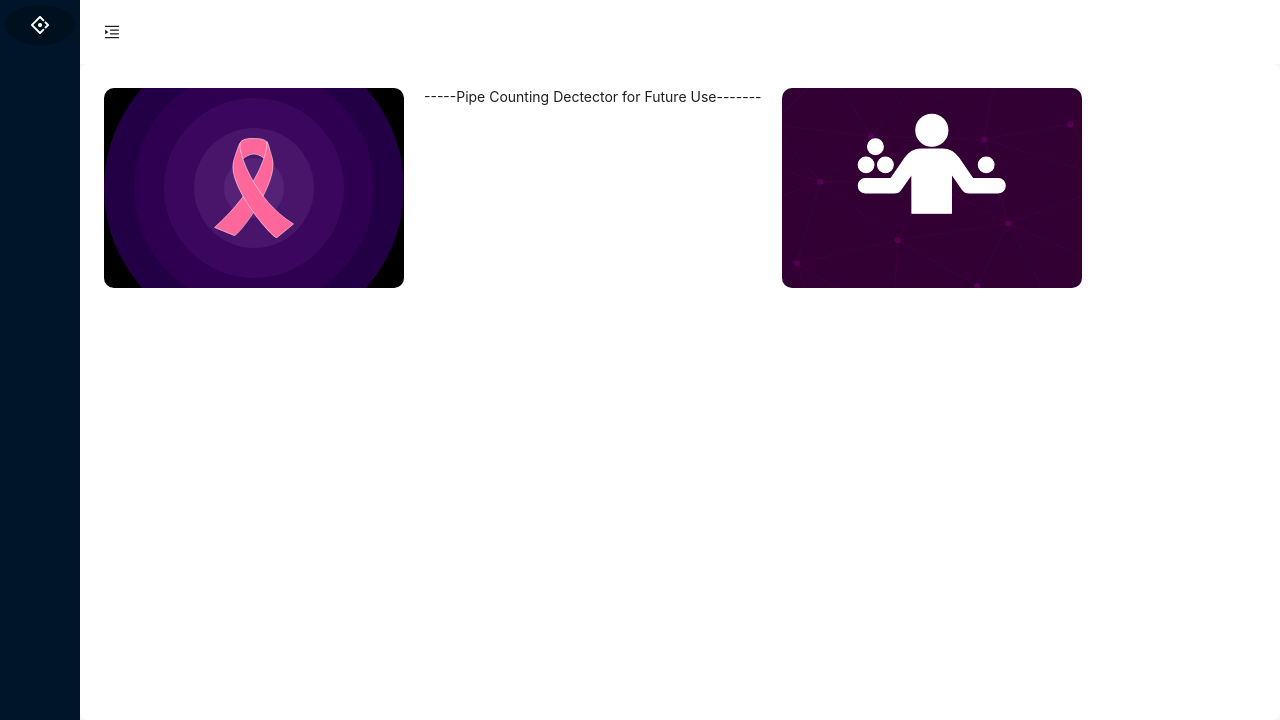
Repository: xshamrose/RAYi-AI
Page: / (app in client/)
An editor plug-in stored every save of this project. The page is shown before and after the next save, followed by the edit.
The browser window is 1280 px wide. The pictures show the whole page.
The project was rebuilt for these pictures with package versions that can differ from the ones it lists, and the page was loaded fresh each time. Also part of the build but not shown: client/src/App.css, client/src/pages/Candetect.js, client/src/pages/Chatbox.js.

Above is the page before, as saved 2024-03-11 10:04:32.

### client/src/App.js
import "./App.css";
import React from "react";
import Candetect from "./pages/Candetect";
import Home from "./pages/Home";
import "./pages/home.css";
import { BrowserRouter as Router, Routes, Route } from "react-router-dom";
import Chatbox from "./pages/Chatbox";

function App() {
  return (
    <div className="App">
      <Router>
        <Routes>
          <Route exact path="/" element={<Home />} />
          <Route path="/BreastCancerDetector-app" element={<Candetect />} />
          <Route exact path="/chatbox" element={<Chatbox />} />

          {/*  Future Use for Pipe Counting Detection
          <Route
            path="/Pipe"
            element={<Candetect title={headerTitle} content={content} />}
          /> */}
        </Routes>
      </Router>
    </div>
  );
}

export default App;

### client/src/pages/Home.js
import React, { useState } from "react";
import { MenuFoldOutlined, MenuUnfoldOutlined } from "@ant-design/icons";
import { Layout, Button, theme } from "antd";
import { AntDesignOutlined } from "@ant-design/icons";
import { Avatar } from "antd";
import { useNavigate } from "react-router-dom";
import cancer from "../assets/pink.svg";
import count from "../assets/count.svg";
const { Header, Sider, Content } = Layout;
const Home = () => {
  const [collapsed, setCollapsed] = useState(true);

  const {
    token: { colorBgContainer, borderRadiusLG },
  } = theme.useToken();
  const navigate = useNavigate();

  const handleClickCardOne = () => {
    navigate("/BreastCancerDetector-app");
  };
  //Future update
  const handleClickCardTwo = () => {
    navigate("/Pipe");
    setTitle("Pipe Counting");

  };
  return (
    <Layout>
      <Sider trigger={null} collapsible collapsed={collapsed}>
        <div className="demo-logo-vertical" />
        <Avatar

          icon={<AntDesignOutlined />}
        />
      </Sider>
      <Layout>
        <Header
          style={{
            padding: 0,
            background: colorBgContainer,
          }}
        >
          <Button
            type="text"
            icon={collapsed ? <MenuUnfoldOutlined /> : <MenuFoldOutlined />}
            onClick={() => setCollapsed(!collapsed)}
            style={{
              fontSize: "16px",
              width: 64,
              height: 64,
            }}
          />
        </Header>

        <Content
          style={{
            margin: "px 16px",
            padding: 24,
            minHeight: 280,
            background: colorBgContainer,
            borderRadius: borderRadiusLG,
          }}
        >
          <div className="card" onClick={handleClickCardOne}>
            <svg
              xmlns="http://www.w3.org/2000/svg"
              width="120%"
              height="120%"
              viewBox="0 0 800 800"
            >
              <rect fill="#000000" width="100%" height="100%" />
              <g fillOpacity="1">
                <circle fill="#000000" cx="400" cy="400" r="600" />
                <circle fill="#230046" cx="400" cy="400" r="500" />
                <circle fill="#2f0052" cx="400" cy="400" r="400" />
                <circle fill="#3b075e" cx="400" cy="400" r="300" />
                <circle fill="#48156a" cx="400" cy="400" r="200" />
                <circle fill="#552277" cx="400" cy="400" r="100" />
              </g>
            </svg>
            <img src={cancer} alt="Cancer" className="compass" />
            <div className="card__content">
              <p className="card__title">Breast Cancer Detector</p>
              <p className="card__description">
                Detect breast cancer early with our advanced screening
                technology. Get accurate results and timely treatment for better
                outcomes.
              </p>
            </div>
          </div>

            -----Pipe Counting Dectector for Future Use-------

          <div className="card" onClick={handleClickCardTwo}>
            <svg
              xmlns="http://www.w3.org/2000/svg"
              width="669"
              height="669"
              viewBox="0 0 800 800"
            >
              <rect fill="#330033" width="800" height="800" />
              <g fill="none" stroke="#404" strokeWidth="1.9">
                <path d="M769 229L1037 260.9M927 880L731 737 520 660 309 538 40 599 295 764 126.5 879.5 40 599-197 493 102 382-31 229 126.5 79.5-69-63" />
                <path d="M-31 229L237 261 390 382 603 493 308.5 537.5 101.5 381.5M370 905L295 764" />
                <path d="M520 660L578 842 731 737 840 599 603 493 520 660 295 764 309 538 390 382 539 269 769 229 577.5 41.5 370 105 295 -36 126.5 79.5 237 261 102 382 40 599 -69 737 127 880" />
                <path d="M520-140L578.5 42.5 731-63M603 493L539 269 237 261 370 105M902 382L539 269M390 382L102 382" />
                <path d="M-222 42L126.5 79.5 370 105 539 269 577.5 41.5 927 80 769 229 902 382 603 493 731 737M295-36L577.5 41.5M578 842L295 764M40-201L127 80M102 382L-261 269" />
              </g>
              <g fill="#505">
                <circle cx="769" cy="229" r="8" />
                <circle cx="539" cy="269" r="8" />
                <circle cx="603" cy="493" r="8" />
                <circle cx="731" cy="737" r="8" />
                <circle cx="520" cy="660" r="8" />
                <circle cx="309" cy="538" r="8" />
                <circle cx="295" cy="764" r="8" />
                <circle cx="40" cy="599" r="8" />
                <circle cx="102" cy="382" r="8" />
                <circle cx="127" cy="80" r="8" />
                <circle cx="370" cy="105" r="8" />
                <circle cx="578" cy="42" r="8" />
                <circle cx="237" cy="261" r="8" />
                <circle cx="390" cy="382" r="8" />
              </g>
            </svg>
          <img src={count} alt="Counting" className="count" />
          <div className="card__content">
              <p className="card__title">Pipe Counting</p>
              <p className="card__description">
                Our pipe counting detector uses advanced algorithms to
                accurately count and monitor pipes in industrial settings.
                Improve efficiency and reduce errors with automated pipe
                detection.
              </p>
            </div>
          </div>
        </Content>
      </Layout>
    </Layout>
  );
};
export default Home;

### client/src/pages/home.css

.ant-layout {
    height: 100vh;
}
.ant-layout-content {
    display: flex;
    flex-direction: row;
    gap: 20px;
    height: 100vh;
}

.card {
    position: relative;
    width: 300px;
    height: 200px;
    background-color: #f2f2f2;
    border-radius: 10px;
    display: flex;
    align-items: center;
    justify-content: center;
    overflow: hidden;
    perspective: 1000px;
    box-shadow: 0 0 0 5px #ffffff80;
    transition: all 0.6s cubic-bezier(0.175, 0.885, 0.32, 1.275);
  }



  .card:hover {
    transform: scale(1.05);
    box-shadow: 0 8px 16px rgba(255, 255, 255, 0.2);
  }

  .card__content {
    position: absolute;
    top: 0;
    left: 0;
    width: 100%;
    height: 100%;
    padding: 20px;
    box-sizing: border-box;
    background-color: #f2f2f2;
    transform: rotateX(-90deg);
    transform-origin: bottom;
    transition: all 0.6s cubic-bezier(0.175, 0.885, 0.32, 1.275);
  }

  .card:hover .card__content {
    transform: rotateX(0deg);
  }

  .card__title {
    margin: 0;
    font-size: 24px;
    color: #333;
    font-weight: 700;
  }

  .card:hover svg {
    scale: 0;
  }

  .card__description {
    margin: 10px 0 0;
    font-size: 14px;
    color: #777;
    line-height: 1.4;
  }
  .compass{
    margin: auto;
    height: 100px;
    width: 100px;
    position: absolute;
  }
  .count{

    height: 150px;
    width: 150px;
    position: absolute;
  }

  .ant-avatar{
    height: 40px;
    margin: 5px;
    display: flex;
    align-content: center;
    justify-content: center;
    align-items: center;
    width: auto;
  }

### client/src/pages/Candetect.css
/* Candetect.css */

.image-upload-box {
    position: relative;
    display: flex;
    flex-direction: column;
    align-items: center;
    justify-content: center;
    border: 2px dashed #ccc;
    padding: 10px;
    cursor: pointer;
    width: 500px; /* Adjust the width of the box as needed */
    height: 300px; /* Adjust the height of the box as needed */
  }

  .file-input {
    display: none;
  }

  .upload-label {
    display: flex;
    flex-direction: column;
    justify-content: center;
    align-items: center;
    color: #999;
    cursor: pointer;
  }

  .upload-label span {
    margin-bottom: 5px;
  }

  .image-preview {
    position: relative;
    width: 100%;
    height: 100%;
    overflow: hidden;
    object-fit: cover;
    display: flex;
    flex-direction: row;
    flex-wrap: nowrap;
    align-content: center;
    justify-content: center;
  }

.full-size-image{
  height: auto;
  width: 450px;
}

  .image-actions {
    padding: 5px;
  }


  .sbutton {
    display: inline-block;
    padding: 12px 24px;
    border: 1px solid #4f4f4f;
    border-radius: 4px;
    transition: all 0.2s ease-in;
    position: relative;
    overflow: hidden;
    font-size: 19px;
    cursor: pointer;
    color: black;
    z-index: 1;
    width: 250px;
  }

  .sbutton:before {
    content: "";
    position: absolute;
    left: 50%;
    transform: translateX(-50%) scaleY(1) scaleX(1.25);
    top: 100%;
    width: 140%;
    height: 180%;
    background-color: rgba(0, 0, 0, 0.05);
    border-radius: 50%;
    display: block;
    transition: all 0.5s 0.1s cubic-bezier(0.55, 0, 0.1, 1);
    z-index: -1;
  }

  .sbutton:after {
    content: "";
    position: absolute;
    left: 55%;
    transform: translateX(-50%) scaleY(1) scaleX(1.45);
    top: 180%;
    width: 160%;
    height: 190%;
    background-color: #000000;
    border-radius: 50%;
    display: block;
    transition: all 0.5s 0.1s cubic-bezier(0.55, 0, 0.1, 1);
    z-index: -1;
  }

  .sbutton:hover {
    color: #ffffff;
    border: 1px solid #101111;
  }

  .sbutton:hover:before {
    top: -35%;
    background-color: #101111;
    transform: translateX(-50%) scaleY(1.3) scaleX(0.8);
  }

  .sbutton:hover:after {
    top: -45%;
    background-color: #151616;
    transform: translateX(-50%) scaleY(1.3) scaleX(0.8);
  }
  .button-container{
    gap: 20px;
    display: flex;
    align-items: center;
  }

  .dragandbutton{
    display: flex;
    flex-direction: column;
    gap: 10px;
    background-color: #c1b9b90d;
    border-radius: 10px;
    padding: 10px;
  }

  .text-area {
    display: flex;
    width: 500px;
    height: 50px;
    padding: 10px;
    border: 2px solid #ccc;
    border-radius: 5px;
    font-size: 16px;
    outline: none;
    box-shadow: 0 0 5px rgba(0, 0, 0, 0.1);
  }

  .text-area:focus {
    border-color: #007bff;
  }
  .overallContainer{
    display: flex;
    flex-direction: row;
    gap: 20px;
    flex-wrap: wrap;
    margin-left: 30px;
  }
  .error-message{
    color: red;
    font-size: medium;
  }
  .icon {
    width: 25px;
    height: 25px;
    margin-left: 8px;
    border-radius: 50%;

  }
  .icon:hover{
    transform: scale(1.1);
    color: #000000;
  }

  .compass{
    height: 30px;
    width: 30px;
  }
  .loader {
    border: 4px solid rgba(0, 0, 0, 0.776);
    border-left-color: transparent;
    border-radius: 50%;
  }

  .loader {
    border: 4px solid rgba(0, 0, 0, 0.655);
    border-left-color: transparent;
    width: 25px;
    height: 25px;
  }

  .loader {
    border: 4px solid rgba(0, 0, 0, 0.705);
    border-left-color: transparent;
    width: 25px;
    height: 25px;
    animation: spin89345 1s linear infinite;
  }

  @keyframes spin89345 {
    0% {
      transform: rotate(0deg);
    }

    100% {
      transform: rotate(360deg);
    }
  }
  .loader-all{
    display: flex;
    flex-direction: row;
    gap: 10px;
    justify-content: flex-start;
    align-items: center;
  }
  .ask-me-icon {
    position: fixed;
    bottom: 20px;
    right: 20px;
    cursor: pointer;
    z-index: 1000; }
    .tooltip-container {
      --background: linear-gradient(45deg, #22d3ee, #1f9df5); /* Default background */
      position: relative;
      background: var(--background);
      cursor: pointer;
      transition: all 0.2s;
      font-size: 12px;
      padding: 0.7em 1.8em;
      border-radius: 8px;
      box-shadow: 0 4px 6px rgba(0, 0, 0, 0.1);
      color: #fff;
      display: contents;
     }

    .tooltip {
      position: absolute;
      top: 100%;
      left: 50%;
      transform: translateX(-50%) scale(0.8);
      transform-origin: bottom;
      padding: 0.3em 0.6em;
      opacity: 0;
      pointer-events: none;
      transition: all 0.3s;
      background: var(--background);
      border-radius: 4px;
      box-shadow: 0 2px 4px rgba(0, 0, 0, 0.1);
      white-space: nowrap; /* Prevent text from wrapping to a new line */
      width: auto;
    }

    .tooltip::before {
      position: absolute;
      content: "";
      height: 0.6em;
      width: 0.6em;
      bottom: -0.2em;
      left: 50%;
      transform: translate(-50%) rotate(45deg);
      background: var(--background);
    }

    .tooltip-container:hover .tooltip {
      top: -45px;
      opacity: 1;
      visibility: visible;
      pointer-events: auto;
      transform: translateX(-50%) scale(1);
      font-size: medium;
      width: auto;
    }
    .tooltip-container:hover {
      transform: scale(0.9);
    }

### client/src/pages/Chatbox.css
.overall{
    display: flex;
    justify-content: center;
}

.chat-container {
    width: 98%;
    height: 90vh;
    border: 1px solid #ccc;
    border-radius: 10px;
    padding: 20px;
    box-shadow: 0 4px 6px rgba(0, 0, 0, 0.1);
    overflow: auto;
    display: flex;
    flex-direction: column;
    justify-content: space-between;
   }

   .dark-mode {
    background-color: #494848;
    color: #fff;
   }
   .message {
    margin-bottom: 10px;
    padding: 10px;
    border-radius: 10px;
    max-width: 70%;
    word-wrap: break-word;
   }

   .message.user {
    background-color: #888484cb;
    align-self: flex-end;
    color: #000;
   }
   .loading {
    color: #888;
    display: flex;
    justify-content: flex-start;
    margin-top: 10px;
    margin-bottom: 10px;
   }

   .message.assistant {
    background-color: #545556;
    color: #fff;
    align-self: flex-start;
   }



   .input-container {
    display: flex;
    justify-content: center;
    align-items: center;
    margin-top: 20px;
   }

   input {
    flex-grow: 1;
    margin-right: 10px;
    padding: 5px;
    border: 1px solid #ccc;
    border-radius: 5px;
    height: 30px;
   }
   .input:focus, .input:focus-visible {
    border-color: #720098;

  }
   button {
    padding: 5px 10px;
    border: none;
    border-radius: 5px;
    cursor: pointer;
   }

   button:hover {
    background-color: #ccc;
   }
   .dark-mode-button {
    background-color: #333;
    color: #fff;
    border: none;
    border-radius: 5px;
    padding: 5px 10px;
    cursor: pointer;
   }

   .dark-mode-button:hover {
    background-color: #444;
   }
 /* The switch - the box around the slider */
.switch-container {
    position: relative;
    display: inline-block;
    width: 3.5em;
    height: 2em;
  }


  .switch-container input {
    opacity: 0;
    width: 0;
    height: 0;
  }


  .switch-container .slider {
    --background: linear-gradient(to right, #090613ef, #18151f);
    position: absolute;
    cursor: pointer;
    top: 0;
    left: 0;
    right: 0;
    bottom: 0;
    background: var(--background);
    transition: background-color 0.5s;
    border-radius: 30px;
  }

  .switch-container .slider:before {
    position: absolute;
    content: "";
    height: 1.4em;
    width: 1.4em;
    border-radius: 50%;
    left: 10%;
    bottom: 15%;
    box-shadow: inset 15px -4px 0px 15px #f8ea27;
    background: var(--background);
    transition: transform 0.5s, box-shadow 0.5s;
  }

  .switch-container input:checked + .slider {
    background-color: #000;
  }

  .switch-container input:checked + .slider:before {
    transform: translateX(100%);
    box-shadow: inset 8px -4px 0px 0px #f8f8f4;
  }
.header{
    display: flex;
    flex-wrap: wrap;
    flex-direction: row;
    align-content: center;
    align-items: center;
    justify-content: space-between;
}
/* Existing styles remain unchanged */

/* Styles for the input wrapper and send button */
.input-wrapper {
    position: relative;
    display: flex;
    align-items: center;
    width: 90%;
   }

   .input-wrapper input {
    flex-grow: 1;
    padding: 10px;

    border-radius: 5px;
   }

   .send-button {
    position: absolute;
    right: 10px;
    top: 0;
    bottom: 0;
    padding: 10px;
    border: none;
    border-radius: 0 5px 5px 0;
    background-color: transparent;
    cursor: pointer;
   }

   .send-button:hover {
    background-color: #000000d7;
    color: white;
   }

Loaded but not shown: client/public/index.html (common file); client/src/index.js (common file); client/src/index.css (common file); client/src/reportWebVitals.js (common file)

After the next save:
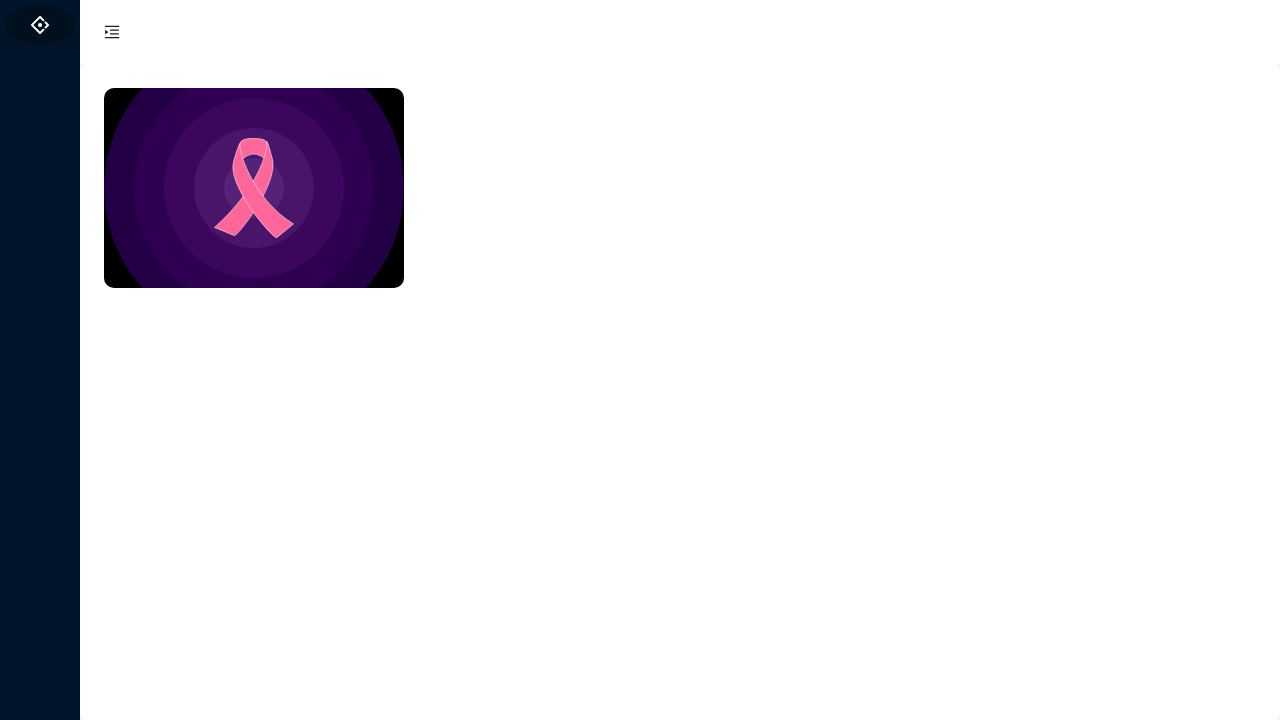
Saved 5 s later.
--- a/client/src/pages/Home.js
+++ b/client/src/pages/Home.js
@@ -5,7 +5,7 @@
 import { Avatar } from "antd";
 import { useNavigate } from "react-router-dom";
 import cancer from "../assets/pink.svg";
-import count from "../assets/count.svg";
+// import count from "../assets/count.svg";
 const { Header, Sider, Content } = Layout;
 const Home = () => {
   const [collapsed, setCollapsed] = useState(true);
@@ -19,11 +19,11 @@
     navigate("/BreastCancerDetector-app");
   };
   //Future update
-  const handleClickCardTwo = () => {
-    navigate("/Pipe");
-    setTitle("Pipe Counting");
+  // const handleClickCardTwo = () => {
+  //   navigate("/Pipe");
+  //   setTitle("Pipe Counting");
 
-  };
+  // };
   return (
     <Layout>
       <Sider trigger={null} collapsible collapsed={collapsed}>
@@ -89,7 +89,7 @@
             </div>
           </div>
 
-            -----Pipe Counting Dectector for Future Use-------
+          {/*   -----Pipe Counting Dectector for Future Use-------
 
           <div className="card" onClick={handleClickCardTwo}>
             <svg
@@ -122,9 +122,9 @@
                 <circle cx="237" cy="261" r="8" />
                 <circle cx="390" cy="382" r="8" />
               </g>
-            </svg>
-          <img src={count} alt="Counting" className="count" />
-          <div className="card__content">
+            </svg> */}
+          {/* <img src={count} alt="Counting" className="count" /> */}
+          {/* <div className="card__content">
               <p className="card__title">Pipe Counting</p>
               <p className="card__description">
                 Our pipe counting detector uses advanced algorithms to
@@ -133,7 +133,7 @@
                 detection.
               </p>
             </div>
-          </div>
+          </div> */}
         </Content>
       </Layout>
     </Layout>
